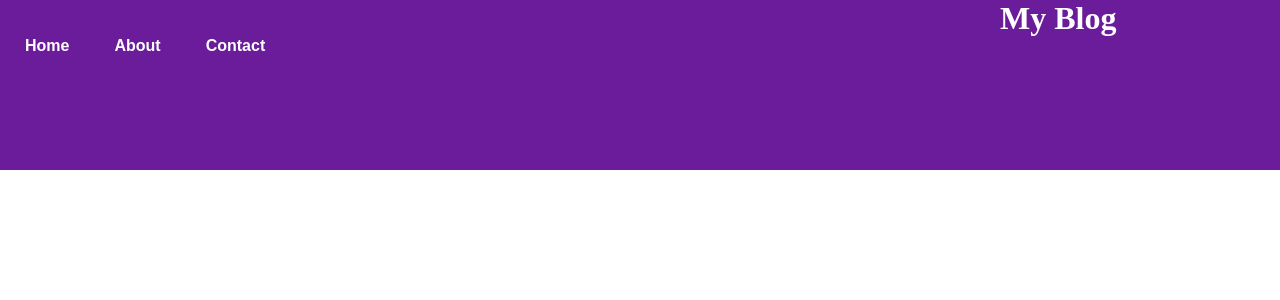
Repository: Femi007-gh/BLOG
Page: index.html
An editor plug-in stored every save of this project. The page is shown before and after the next save, followed by the edit.
The browser window is 1280 px wide. The pictures show the whole page.

Above is the page before, as saved 2025-01-08 07:02:25.

After the next save:
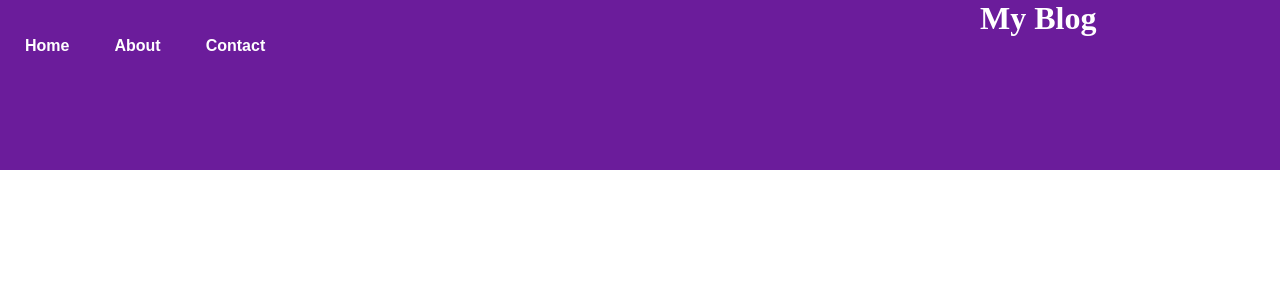
Saved 7 s later.
--- a/style.css
+++ b/style.css
@@ -17,7 +17,7 @@ header {
 }
 
 header h1 {
-  margin-left: 1000px;
+  margin-left:980px;
 }
 
 nav ul {
